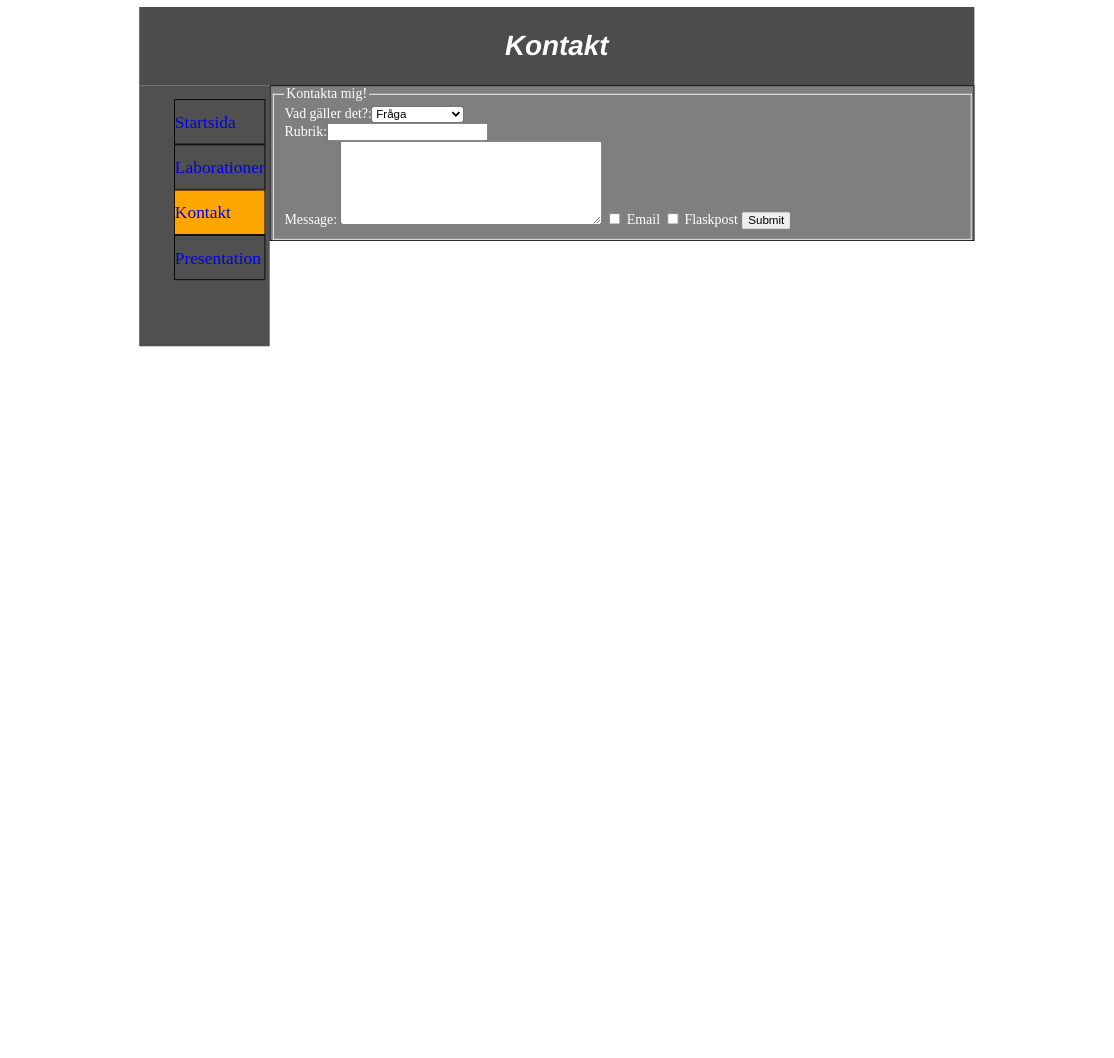
Repository: ac222jv/1IK415-Laborationer
Page: Pages/Kontakt.html
The author's editor kept a record of every edit. The page is drawn from the files as they stood at one moment, then again after the next edit.
The browser window is 1280 px wide. The pictures show the whole page, at 87% of full size.

Above is the page before.

After the next edit:
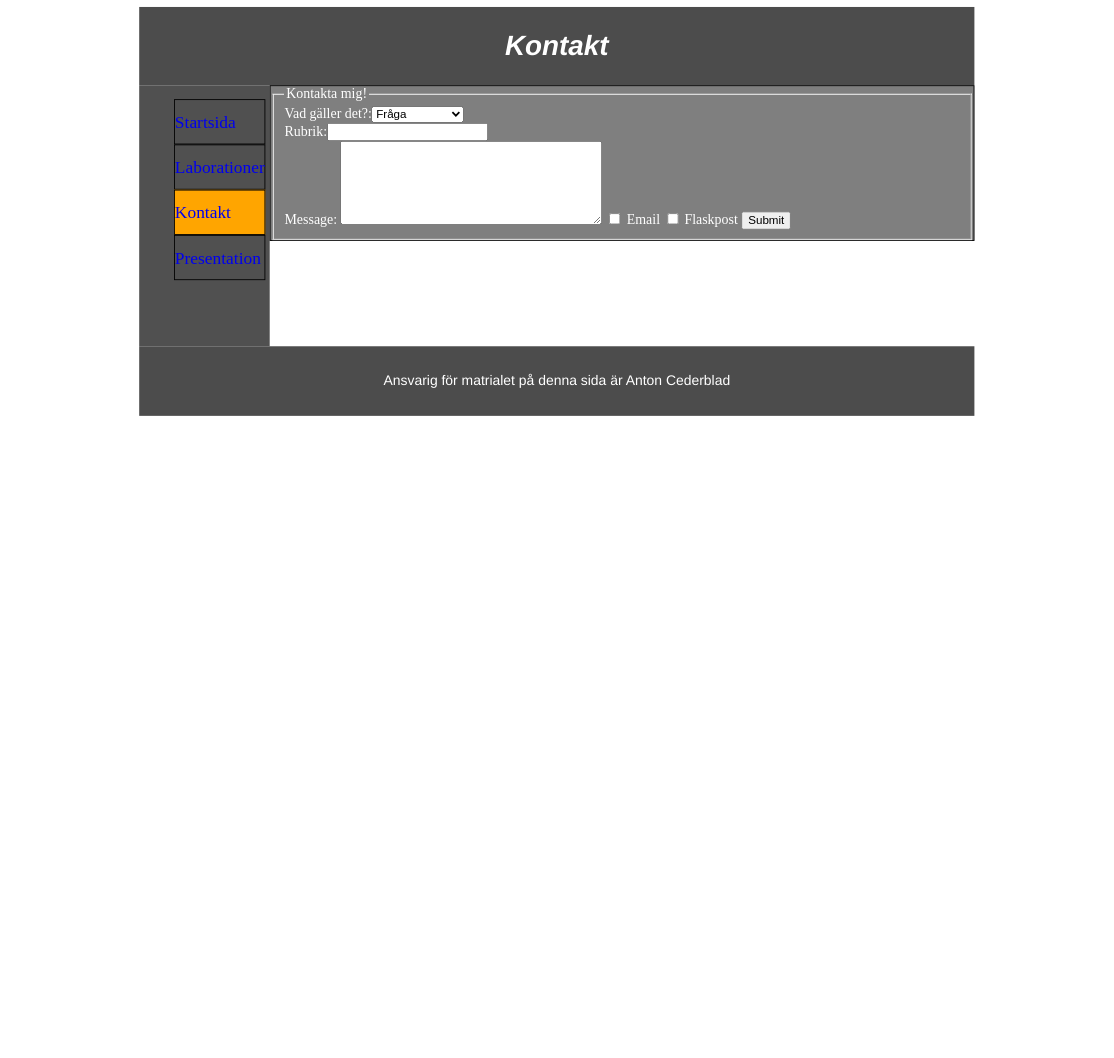
The edit:
--- a/Pages/Kontakt.html
+++ b/Pages/Kontakt.html
@@ -64,6 +64,10 @@
 
              </form>
             </div>
+            <div id="foot">
+                    <P>Ansvarig för matrialet på denna sida är Anton Cederblad </P>
+                </div>
+        </div>
     </body>
 
 
